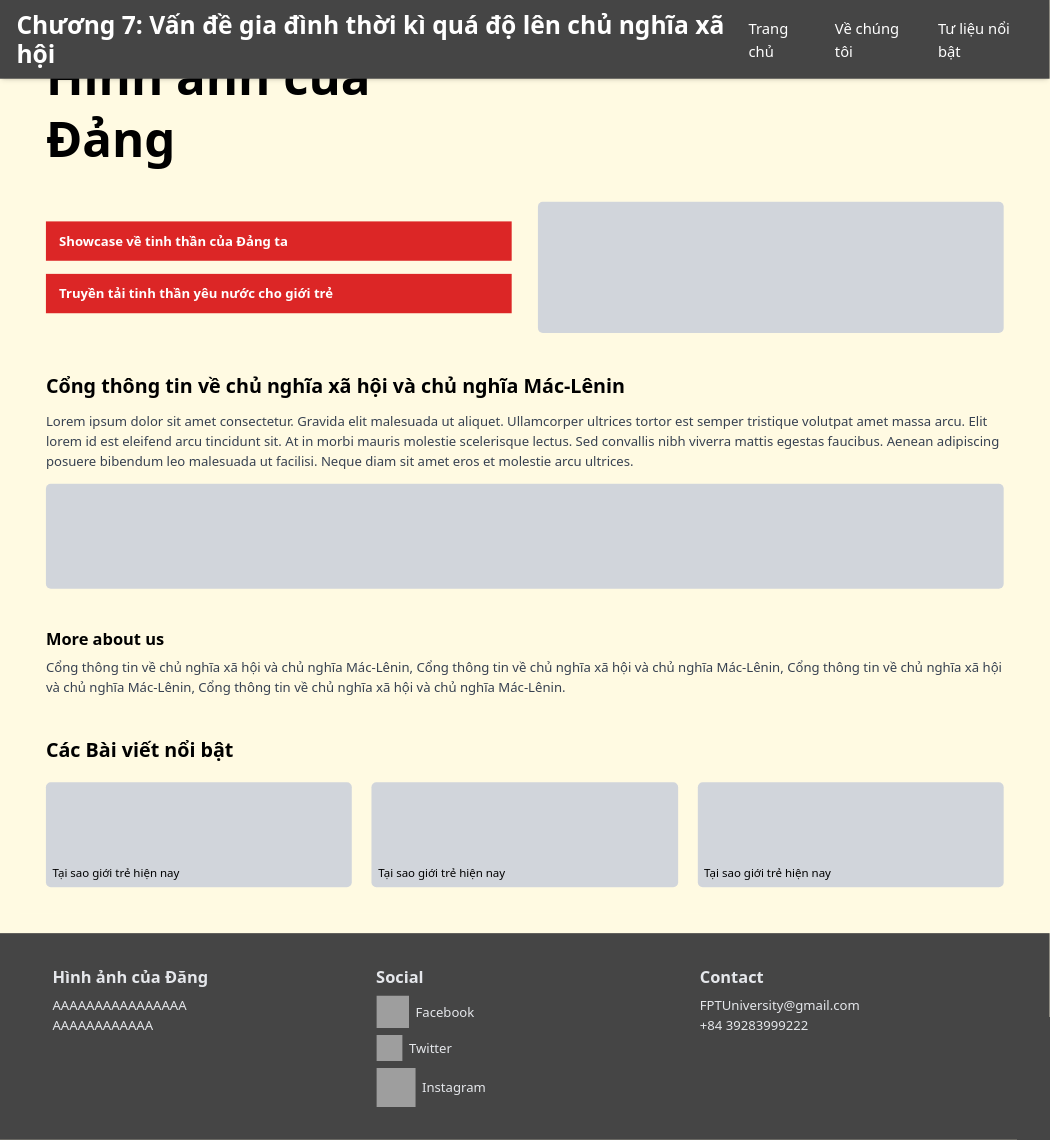
Repository: ultrakhaicraft/PRN232-Website-Showcase
Page: / (app in PRN232/)
The author's editor kept a copy of each file at every save. The page is drawn from the files as they stood at one save, then again after the next save.
The browser window is 1280 px wide. The pictures show the whole page, at 82% of full size.
Pictures or frames that could not be fetched are drawn as grey boxes. The project was rebuilt for these pictures with package versions that can differ from the ones it lists, and the page was loaded fresh each time. Also part of the build but not shown: PRN232/vite.config.js, PRN232/src/pages/About.jsx, PRN232/src/pages/News.jsx.

Above is the page before, as saved 2025-09-17 19:11:15.

### PRN232/index.html
<!doctype html>
<html lang="en">
  <head>
    <meta charset="UTF-8" />
    <link rel="icon" type="image/svg+xml" href="/vite.svg" />
    <meta name="viewport" content="width=device-width, initial-scale=1.0" />
    <title>Thuyết trình MLN131</title>
  </head>
  <body>
    <div id="root"></div>
    <script type="module" src="/src/main.jsx"></script>
  </body>
</html>

### PRN232/src/main.jsx
import React from 'react'
import ReactDOM from 'react-dom/client'
import App from './App.jsx'
import './index.css'   // phải có dòng này

ReactDOM.createRoot(document.getElementById('root')).render(
  <React.StrictMode>
    <App />
  </React.StrictMode>,
)

### PRN232/src/App.jsx
import React from "react";
import { BrowserRouter as Router, Routes, Route } from "react-router-dom";

import Homepage from "./pages/HomePage";
import About from "./pages/About";
import News from "./pages/News";
import Navbar from "./components/Narbar";
import Footer from "./components/Footer";

function App() {
  return (
    <Router>
      <div className="flex flex-col min-h-screen">
        {/* Navbar */}
        <Navbar />

        {/* Nội dung page */}
        <main className="flex-grow p-6">
          <Routes>
            <Route path="/" element={<Homepage />} />
            <Route path="/about" element={<About />} />
            <Route path="/news" element={<News />} />
          </Routes>
        </main>

        {/* Footer (optional) */}
        <Footer/>
      </div>
    </Router>
  );
}

export default App;

### PRN232/src/index.css
@tailwind base;
@tailwind components;
@tailwind utilities;

body {
  @apply bg-[#FFFAE2];
}

### PRN232/src/pages/HomePage.jsx
import React from "react";

function Homepage() {
  return (
    <div className="bg-[#FFFAE2] min-h-screen p-8">
      {/* Tiêu đề */}
      <h1 className="mb-10 text-6xl font-extrabold leading-tight">
        Hình ảnh của <br /> Đảng
      </h1>

      {/* Showcase */}
      <div className="grid items-center gap-8 mb-12 md:grid-cols-2">
        <div>
          <div className="px-4 py-3 mb-4 font-semibold text-white bg-red-600">
            Showcase về tinh thần của Đảng ta
          </div>
          <div className="px-4 py-3 font-semibold text-white bg-red-600">
            Truyền tải tinh thần yêu nước cho giới trẻ
          </div>
        </div>
        <div className="h-40 bg-gray-300 rounded-md"></div>
      </div>

      {/* Thông tin giới thiệu */}
      <section className="mb-12">
        <h2 className="mb-4 text-2xl font-bold">
          Cổng thông tin về chủ nghĩa xã hội và chủ nghĩa Mác-Lênin
        </h2>
        <p className="mb-4 text-gray-700">
          Lorem ipsum dolor sit amet consectetur. Gravida elit malesuada ut
          aliquet. Ullamcorper ultrices tortor est semper tristique volutpat
          amet massa arcu. Elit lorem id est eleifend arcu tincidunt sit. At in
          morbi mauris molestie scelerisque lectus. Sed convallis nibh viverra
          mattis egestas faucibus. Aenean adipiscing posuere bibendum leo
          malesuada ut facilisi. Neque diam sit amet eros et molestie arcu
          ultrices.
        </p>
        <div className="h-32 bg-gray-300 rounded-md"></div>
      </section>

      {/* More about us */}
      <section className="mb-12">
        <h2 className="mb-2 text-xl font-bold">More about us</h2>
        <p className="text-gray-700">
          Cổng thông tin về chủ nghĩa xã hội và chủ nghĩa Mác-Lênin,
          Cổng thông tin về chủ nghĩa xã hội và chủ nghĩa Mác-Lênin,
          Cổng thông tin về chủ nghĩa xã hội và chủ nghĩa Mác-Lênin,
          Cổng thông tin về chủ nghĩa xã hội và chủ nghĩa Mác-Lênin.
        </p>
      </section>

      {/* Bài viết nổi bật */}
      <section>
        <h2 className="mb-6 text-2xl font-bold">Các Bài viết nổi bật</h2>
        <div className="grid gap-6 md:grid-cols-3">
          <div className="flex items-end h-32 p-2 text-sm bg-gray-300 rounded-md">
            Tại sao giới trẻ hiện nay
          </div>
          <div className="flex items-end h-32 p-2 text-sm bg-gray-300 rounded-md">
            Tại sao giới trẻ hiện nay
          </div>
          <div className="flex items-end h-32 p-2 text-sm bg-gray-300 rounded-md">
            Tại sao giới trẻ hiện nay
          </div>
        </div>
      </section>
    </div>
  );
}

export default Homepage;

### PRN232/src/components/Narbar.jsx
import React from "react";
import { Link } from "react-router-dom";

function Navbar() {
  return (
    <nav className="fixed top-0 left-0 w-full flex items-center justify-between px-5 py-3 text-white bg-[#454545] shadow-md z-50">
      {/* Logo */}
      <div className="text-3xl font-bold">
        <Link to="/">Chương 7: Vấn đề gia đình thời kì quá độ lên chủ nghĩa xã hội</Link>
      </div>

      {/* Menu */}
      <div className="flex justify-center gap-6 text-lg">
        <Link to="/" className="hover:text-blue-400">Trang chủ</Link>
        <Link to="/about" className="hover:text-blue-400">Về chúng tôi</Link>
        <Link to="/news" className="hover:text-blue-400">Tư liệu nổi bật</Link>
      </div>
    </nav>
  );
}

export default Navbar;

### PRN232/src/components/Footer.jsx
import React from "react";
import facebookLogo from "../assets/fb.png";
import twitterLogo from "../assets/x.png";
import instagramLogo from "../assets/ig.png";


function Footer() {
  return (
    <footer className="px-6 py-10 text-gray-200 bg-[#454545]">
      <div className="grid max-w-6xl grid-cols-1 gap-8 mx-auto md:grid-cols-3">

        {/* Cột 1 */}
        <div>
          <h2 className="mb-2 text-xl font-bold">Hình ảnh của Đăng</h2>
          <p>
            AAAAAAAAAAAAAAAA <br />
            AAAAAAAAAAAA
          </p>
        </div>

        {/* Cột 2 */}
        <div>
  <h2 className="mb-2 text-xl font-bold">Social</h2>
  <ul className="space-y-2">
    <li className="flex items-center gap-2">
      <img src={facebookLogo} alt="Facebook" className="w-10 h-10" />
      <a href="#" className="hover:text-blue-400">Facebook</a>
    </li>
    <li className="flex items-center gap-2">
      <img src={twitterLogo} alt="Twitter" className="w-8 h-8" />
      <a href="#" className="hover:text-blue-400">Twitter</a>
    </li>
    <li className="flex items-center gap-2">
      <img src={instagramLogo} alt="Instagram" className="w-12 h-12" />
      <a href="#" className="hover:text-blue-400">Instagram</a>
    </li>
  </ul>
</div>


        {/* Cột 3 */}
        <div>
          <h2 className="mb-2 text-xl font-bold">Contact</h2>
          <p>FPTUniversity@gmail.com</p>
          <p>+84 39283999222</p>
        </div>
      </div>
    </footer>
  );
}

export default Footer;

### PRN232/tailwind.config.js
/** @type {import('tailwindcss').Config} */
export default {
  content: [
    "./index.html",
    "./src/**/*.{js,ts,jsx,tsx}",   // rất quan trọng
  ],
  theme: {
    extend: {},
  },
  plugins: [],
};

After the next save:
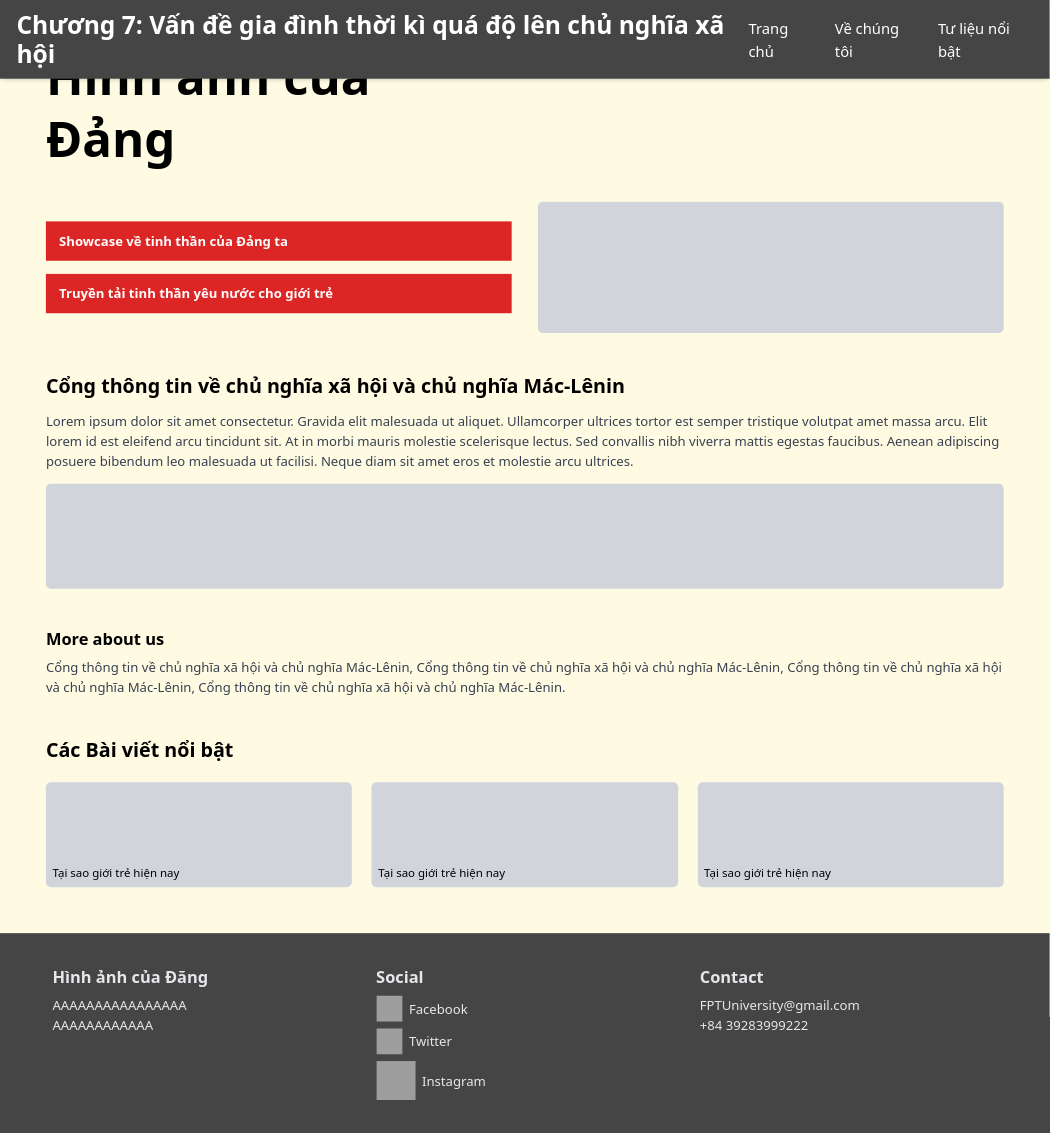
Saved 18 s later.
--- a/PRN232/src/components/Footer.jsx
+++ b/PRN232/src/components/Footer.jsx
@@ -23,7 +23,7 @@ function Footer() {
   <h2 className="mb-2 text-xl font-bold">Social</h2>
   <ul className="space-y-2">
     <li className="flex items-center gap-2">
-      <img src={facebookLogo} alt="Facebook" className="w-10 h-10" />
+      <img src={facebookLogo} alt="Facebook" className="w-8 h-8" />
       <a href="#" className="hover:text-blue-400">Facebook</a>
     </li>
     <li className="flex items-center gap-2">
